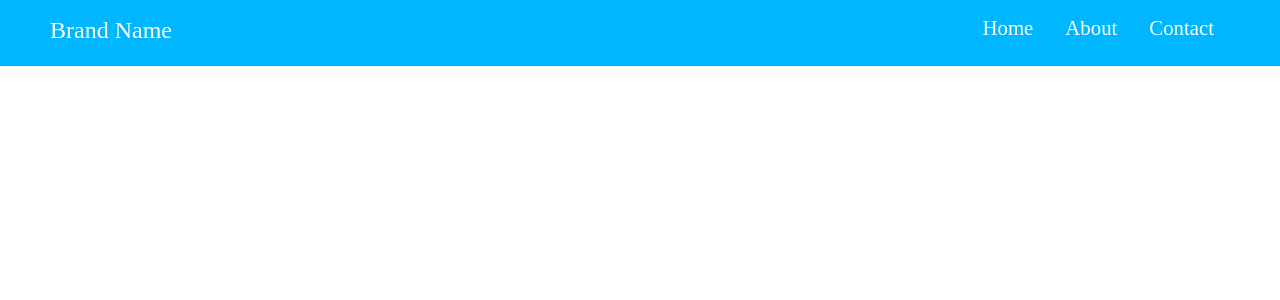
Repository: Jrap-bit/PeriodofSharing
Page: index.html
An editor plug-in stored every save of this project. The page is shown before and after the next save, followed by the edit.
The browser window is 1280 px wide. The pictures show the whole page.

Above is the page before, as saved 2022-01-13 21:02:15.

After the next save:
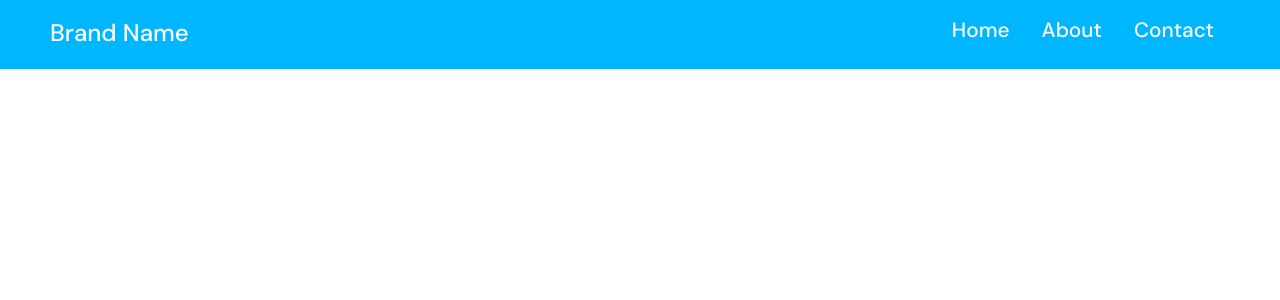
Saved 8 s later.
--- a/style.css
+++ b/style.css
@@ -1,7 +1,7 @@
 @import url('https://fonts.googleapis.com/css2?family=DM+Sans:wght@500&display=swap');
 * {
     box-sizing: border-box;
-    font-family: font-family: 'DM Sans', sans-serif;
+    font-family: 'DM Sans', sans-serif;
 }
 
 body {
